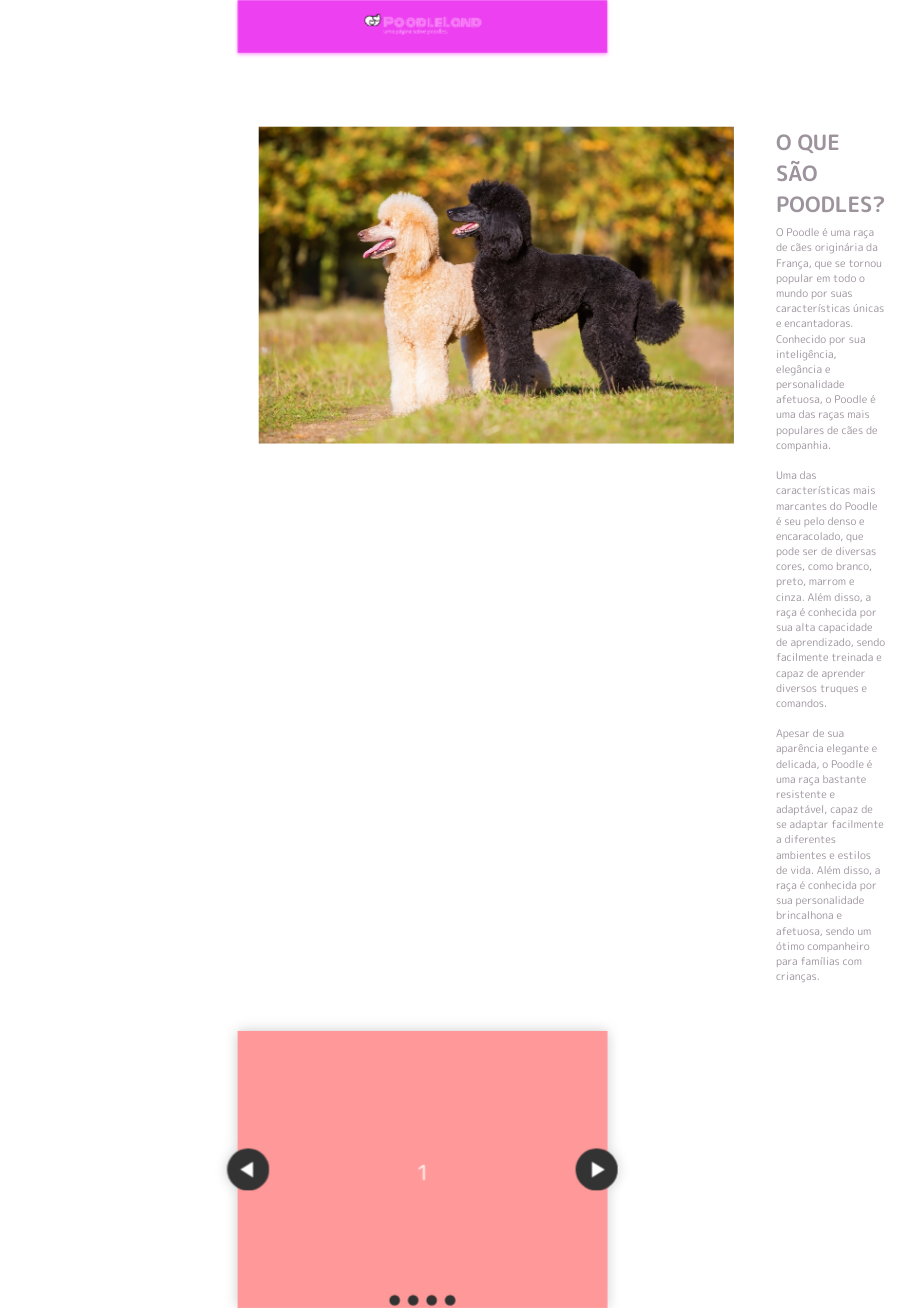
Repository: vinibalt/PoodleLand
Page: poddlelandia.html
The author's editor kept a copy of each file at every save. The page is drawn from the files as they stood at one save, then again after the next save.
The browser window is 1280 px wide. The page is 1374 px wide, then 1296 px, so the pictures cover 1374 px, including what lies to the right of the window. The pictures show the whole page, at 66% of full size.

Above is the page before, as saved 2023-05-12 14:21:09.

After the next save:
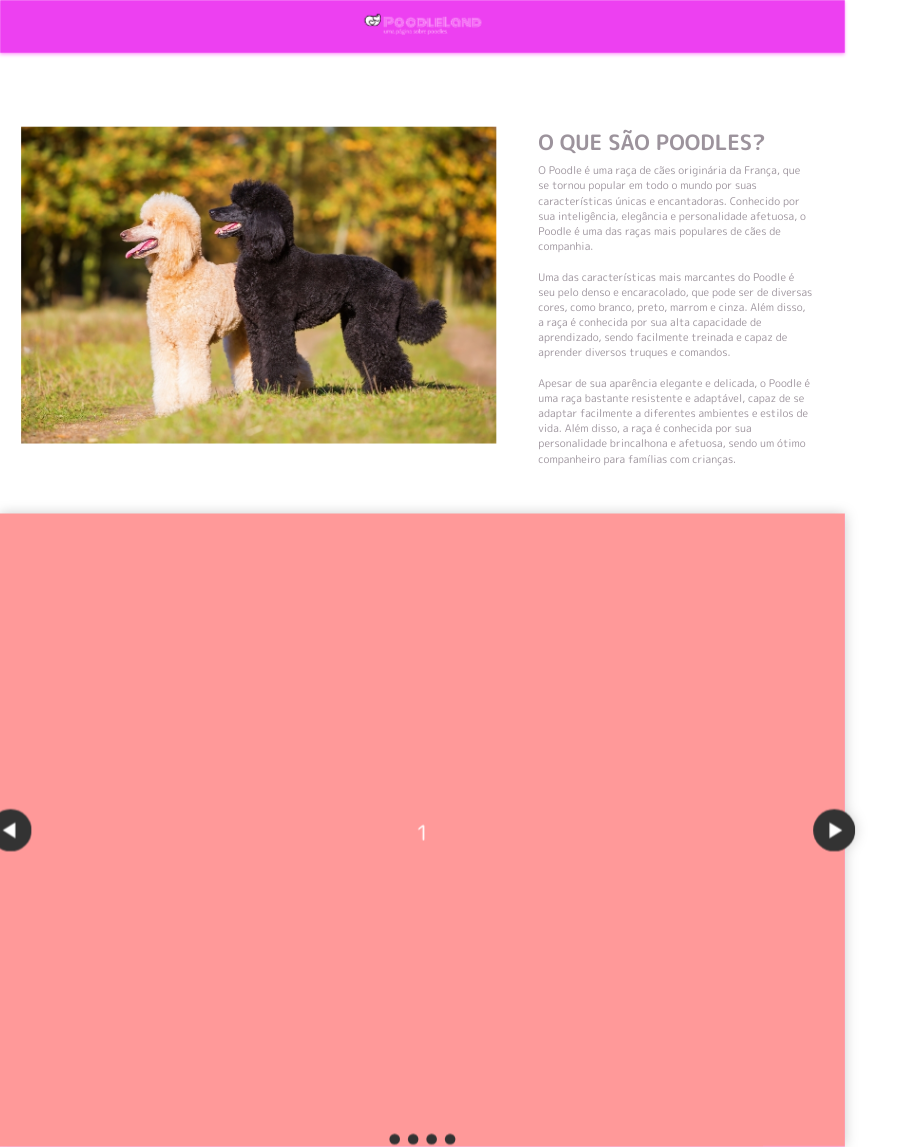
Saved 46 s later.
--- a/assets/css/styles.css
+++ b/assets/css/styles.css
@@ -125,13 +125,6 @@ body {
     100% {
       scroll-snap-align: center;
     }
-  }
-
-  body {
-    max-width: 37.5rem;
-    margin: 0 auto;
-    padding: 0 1.25rem;
-    font-family: 'Lato', sans-serif;
   }
 
   * {
